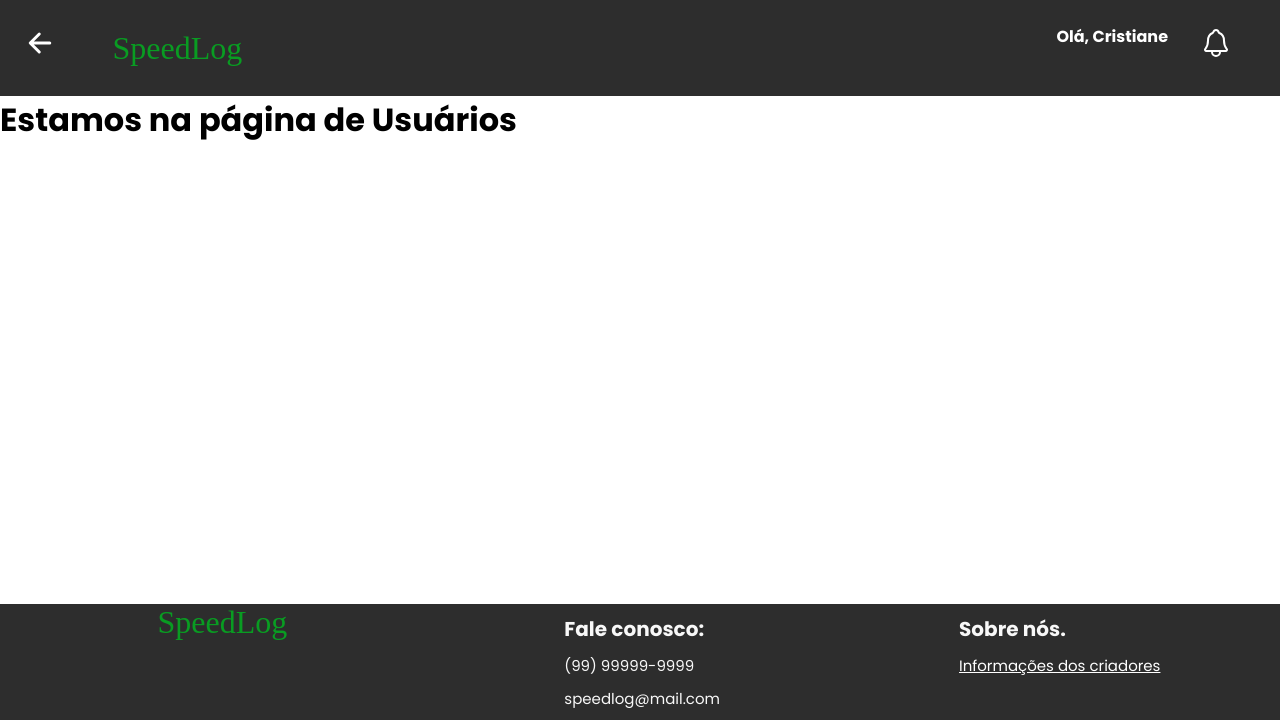
Repository: crisholiveira/speedlog
Page: http://localhost/usuarios
The author's editor kept a copy of each file at every save. The page is drawn from the files as they stood at one save, then again after the next save.
The browser window is 1280 px wide. The pictures show the whole page.
Some web fonts or font styles are not loaded; a fallback is used. The page is served by the project's Node server (app.js).

Above is the page before, as saved 2022-01-23 22:35:33.

After the next save:
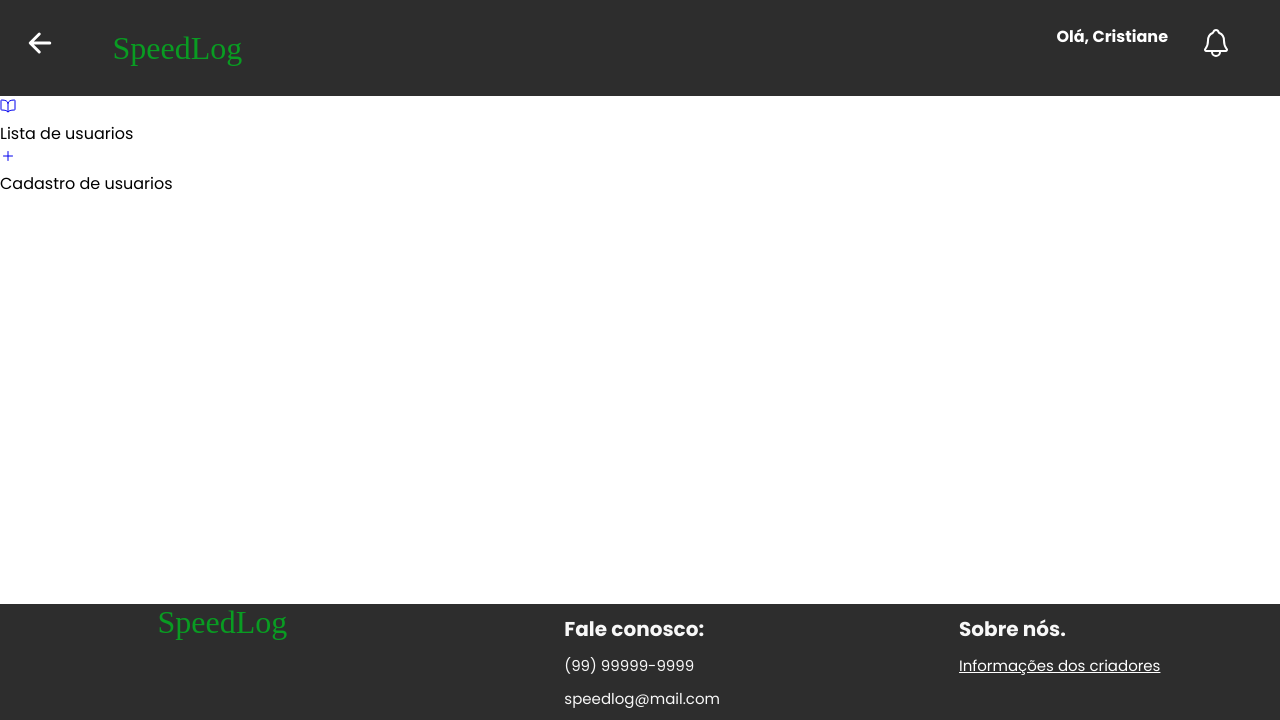
Saved 5 days later.
--- a/views/usuarios.ejs
+++ b/views/usuarios.ejs
@@ -1,6 +1,30 @@
 <%- include('./partials/header.ejs') %>
 <body>
-    <h1>Estamos na página de Usuários</h1>
+
+    <section>
+
+        <div id="grandeCaixa">
+
+            <div class="caixinha">
+                <a href="#">
+                    <ion-icon name="book-outline"></ion-icon>
+                </a>
+                <p>Lista de usuarios</p>
+            </div>
+
+            <div class="caixinha">
+                <a href="#">
+                    <ion-icon name="add-outline"></ion-icon>
+                </a>
+                <p>Cadastro de usuarios</p>
+            </div>
+
+        </div>
+
+        <script type="module" src="https://unpkg.com/ionicons@5.5.2/dist/ionicons/ionicons.esm.js"></script>
+    </section>
+
+
 </body>
 
 <%- include('./partials/footer.ejs') %>
